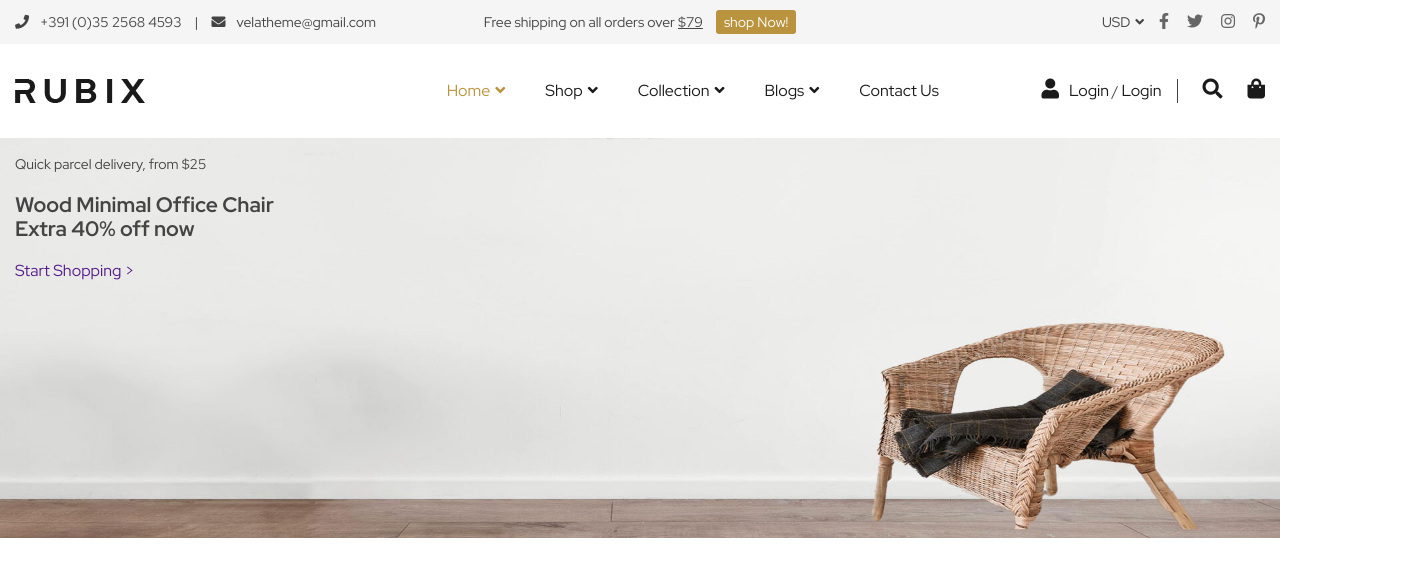
Repository: ldminh95/Gin-velademo
Page: index.html
The author's editor kept a copy of each file at every save. The page is drawn from the files as they stood at one save, then again after the next save.
The browser window is 1280 px wide. The page is 1410 px wide, so the pictures cover 1410 px, including what lies to the right of the window. The pictures show the whole page.
The style sheet was rebuilt from its Sass, Less or Tailwind sources for each picture, by a compiler version that may differ from the author's.

Above is the page before, as saved 2023-05-28 11:06:59.

### index.html
<!DOCTYPE html>
<html lang="en">
<head>
    <meta charset="UTF-8">
    <meta http-equiv="X-UA-Compatible" content="IE=edge">
    <meta name="viewport" content="width=device-width, initial-scale=1.0">
    <title>velademo-rubix</title>
    <link rel="stylesheet" href="https://cdnjs.cloudflare.com/ajax/libs/font-awesome/5.15.4/css/all.min.css">
    <link rel="stylesheet" type="text/css" href="/css/style.css">
</head>
<body>
    <div class="Overview">
        <div class="headerTop box_flex">
            <div class="headerTop_box-Left col-m3 pd15">
                <i class="fas fa-phone"></i>
                +391 (0)35 2568 4593
                <span class="mr10">|</span>
                <i class="fas fa-envelope"></i>
                velatheme@gmail.com
            </div>
            <div class="headerTop_box-Center col-m3 pd15">
                Free shipping on all orders over <u>$79</u>
                <a href="#" class="bg_primary">shop Now!</a>
            </div>
            <div class="headerTop_box-Right col-m3 box_flex pd15">
                <div class="gin-currency">
                    <div class="gin-currency-title">USD<i class="fas fa-angle-down"></i></div>
                    <div class="gin-currency-dropdown">
                        <div class="currency-item active">USD</div>
                        <div class="currency-item">INR</div>
                        <div class="currency-item">GBP</div>
                        <div class="currency-item">CAD</div>
                        <div class="currency-item">AUD</div>
                        <div class="currency-item">EUR</div>
                        <div class="currency-item">JPY</div>
                    </div>
                </div>
                <div class="gin-link">
                    <a href="#" target="_blank"><i class="fab fa-facebook-f"></i></a>
                    <a href="#" target="_blank"><i class="fab fa-twitter"></i></a>
                    <a href="#" target="_blank"><i class="fab fa-instagram"></i></a>
                    <a href="#" target="_blank"><i class="fab fa-pinterest-p"></i></a>
                </div>
            </div>
        </div>
        <header class="headerMenu">
            <section class="box_flex">
                <div class="header_Left col-m3 pd15">
                    <img src="./images/logo.png" alt="">
                </div>
                <div class="header_Center col-m3 pd15">
                    <div class="gin_menu">
                        <ul class="box_flex">
                            <li class="active">
                                <a href="">Home<i class="fas fa-angle-down"></i></a>
                                <ul class="gin_menu-second">
                                    <li><a href="">Home01</a></li>
                                    <li><a href="">Home02</a></li>
                                    <li><a href="">Home03</a></li>
                                    <li><a href="">Home04</a></li>
                                    <li><a href="">Home05</a></li>
                                    <li><a href="">Home06</a></li>
                                </ul>
                            </li>
                            <li>
                                <a href="">Shop<i class="fas fa-angle-down"></i></a>
                                <ul class="gin_menu-second">
                                    <li><a href="">Home01</a></li>
                                    <li><a href="">Home02</a></li>
                                    <li><a href="">Home03</a></li>
                                    <li><a href="">Home04</a></li>
                                    <li><a href="">Home05</a></li>
                                    <li><a href="">Home06</a></li>
                                </ul>
                            </li>
                            <li>
                                <a href="">Collection<i class="fas fa-angle-down"></i></a>
                                <ul class="gin_menu-second">
                                    <li><a href="">Home01</a></li>
                                    <li><a href="">Home02</a></li>
                                    <li><a href="">Home03</a></li>
                                    <li><a href="">Home04</a></li>
                                    <li><a href="">Home05</a></li>
                                    <li><a href="">Home06</a></li>
                                </ul>
                            </li>
                            <li>
                                <a href="">Blogs<i class="fas fa-angle-down"></i></a>
                                <ul class="gin_menu-second">
                                    <li><a href="">Home01</a></li>
                                    <li><a href="">Home02</a></li>
                                    <li><a href="">Home03</a></li>
                                    <li><a href="">Home04</a></li>
                                    <li><a href="">Home05</a></li>
                                    <li><a href="">Home06</a></li>
                                </ul>
                            </li>
                            <li>
                                <a href="">Contact Us</a>
                                <ul class="gin_menu-second">
                                    <li><a href="">Home01</a></li>
                                    <li><a href="">Home02</a></li>
                                    <li><a href="">Home03</a></li>
                                    <li><a href="">Home04</a></li>
                                    <li><a href="">Home05</a></li>
                                    <li><a href="">Home06</a></li>
                                </ul>
                            </li>
                        </ul>
                    </div>
                </div>
                <div class="header_Right col-m3 pd15 box_flex">
                    <div class="header_Right-account box_flex">
                        <a href=""><i class="fas fa-user"></i></a>
                        <ul>
                            <li><a href="">Login</a></li>
                            <span>/</span>
                            <li><a href="">Login</a></li>
                        </ul>
                    </div>
                    <div class="header_Right-search">
                        <a href=""><i class="fas fa-search"></i></a>
                    </div>
                    <div class="header_Right-cart">
                        <a href=""><i class="fas fa-shopping-bag"></i></a>
                    </div>
                </div>
            </section>
        </header>
        <div class="MainContent">
            <div class="gin_slideshow">
                <div class="slide_item">
                    <div class="slide_item-bg">
                        <img src="./images/index_bg01.jpg" alt="ghế tại ginshop">
                        <div class="wrapper">
                            <div class="slide_item-content">
                                <p>Quick parcel delivery, <span>from $25</span></p>
                                <h2>Wood Minimal Office Chair<br>Extra 40% off now</h2>
                                <a href="">Start Shopping ></a>
                            </div>
                        </div>
                    </div>
                </div>
            </div>
        </div>
    </div>
</body>
</html>

### css/googleFont.css
@import url('https://fonts.googleapis.com/css2?family=Red+Hat+Display:ital,wght@0,300;0,400;0,500;0,600;0,700;0,800;0,900;1,300;1,400;1,500;1,600;1,700;1,800;1,900&display=swap');


:root {
    --f-red-hat: 'Red Hat Display', sans-serif;
}

### css/base.css
:root {
    --gin-font: 14px;
    --color-primary: #ba933e;
    --body-bg: #fff;
    --text-color-primary: #444444;
    --text-color-second: #1a1a1a;
    --text-color-banner: #666666;
    --topbar-bg-color: #f5f5f5;
    --font-icon: 'FontAwesome';
}
body {
    box-sizing: border-box;
    font-family: var(--f-red-hat);
    font-size: var(--gin-font);
    padding: 0;
    margin: 0;
    font-weight: 400;
    line-height: 24px;
    color: var(--text-color-primary);
}
a {
    font-size: calc(var(--gin-font) + 2px);
    text-decoration: none;
}
li {
    list-style-type: none;
}
ul {
    padding: 0;
    margin: 0;
}
img {
    max-width: 100%;
    display: block;
}
.box_flex {
    display: -webkit-flex;
    display: flex;
    align-items: center;
}

.col-m3 {
    width: 33.3333%;
}

/* ================================ */
/* Gin core */
/* ================================ */


/* margin */
.mr10 {
    margin: 0 10px;
}
.pd15 {
    padding: 0 15px;
}

### scss/style.scss
@import "googleFont.css";
@import "base.css";

.Overview {
    margin: 0 auto;
}

.headerTop {
    width: 100%;
    background: var(--topbar-bg-color);
    padding: 10px 0;
    &_box {
        &-Left {
            .fas {
                margin-right: 8px;
            }
        }
        &-Center {
            text-align: center;
            .bg_primary {
                background-color: var(--color-primary);
                color: #fff;
                padding: 0 8px;
                border-radius: 3px;
                margin-left: 10px;
                font-size: var(--gin-font);
                display: inline-block;
                &:hover {
                    background: #947531;
                }
            }
        }
        &-Right {
            justify-content: flex-end;
            .gin {
                &-currency {
                    position: relative;
                    cursor: pointer;
                    &-dropdown {
                        position: absolute;
                        display: none;
                        .currency-item {
                            padding: 5px 0;
                            &.active {
                                color: var(--color-primary);
                            }
                            &:hover {
                                color: var(--color-primary);
                                cursor: pointer;
                            }
                        }
                    }
                    i {
                        margin-left: 5px;
                    }
                    &:hover {
                        .gin-currency-dropdown {
                            display: block;
                            border: 1px solid rgba(0,0,0,0.15);
                            border-radius: 3px;
                            background-color: #fff;
                            padding: 5px 20px;
                            top: 100%;
                            font-size: calc(var(--gin-font) + 2px);
                            right: 0;
                            box-shadow: 0 6px 12px #0000002d;
                        }
                    }
                }
                &-link {
                    a {
                        margin-left: 15px;
                        color: var(--text-color-banner);
                        &:hover {
                            color: var(--color-primary);
                        }
                    }
                }
            }
        }
    }
}

.headerMenu {
    padding: 20px 0;
    .header {
        &_Center {
            li {
                position: relative;
                a {
                    padding: 15px 20px;
                    display: inline-block;
                    width: max-content;
                    color: var(--text-color-second);
                    i {
                        margin-left: 5px;
                    }
                }
                &.active {
                    >a {
                        color: var(--color-primary);
                    }
                }
                ul {
                    position: absolute;
                    min-width: 220px;
                    padding: 15px 25px;
                    display: block;
                    box-shadow: 0 6px 15px #0000001f;
                    z-index: 99;
                    text-align: left;
                    visibility: hidden;
                    margin-top: 50px;
                    transition: all .3s cubic-bezier(0.175, 0.885, 0.32, 1.275);
                    a {
                        padding: 3px 0;
                        font-size: var(--gin-font);
                    }
                }
                &:hover {
                    ul {
                        visibility: visible;
                        margin-top: 0;
                        li {
                            &:hover {
                                a {
                                    color: var(--color-primary);
                                }
                            }
                        }
                    }
                }
            }
        }
        &_Right {
            justify-content: flex-end;
            &-account {
                padding-right: 15px;
                border-right: 1px solid var(--text-color-primary);
            }
            &-search {
                margin-left: 25px;
            }
            &-cart {
                margin-left: 25px;
            }
            i {
                font-size: calc(var(--gin-font) + 6px);
            }
            a {
                color: var(--text-color-second);
                &:hover {
                    color: var(--color-primary);
                }
            }
            li {
                display: inline-block;
            }
            ul {
                margin-left: 10px;
            }
        }
    }
}

.MainContent {
    .slide {
        &_item {
            position: relative;
            .wrapper {
               width: 1410px;
               position: absolute;
               margin: 0 auto;
               top: 0;
               left: 0;
               right: 0;
               bottom: 0;
               height: 100%;
               display: table;
               .slide_item-content {
                    padding: 0 15px;
               }
            }
        }
    }
}

After the next save:
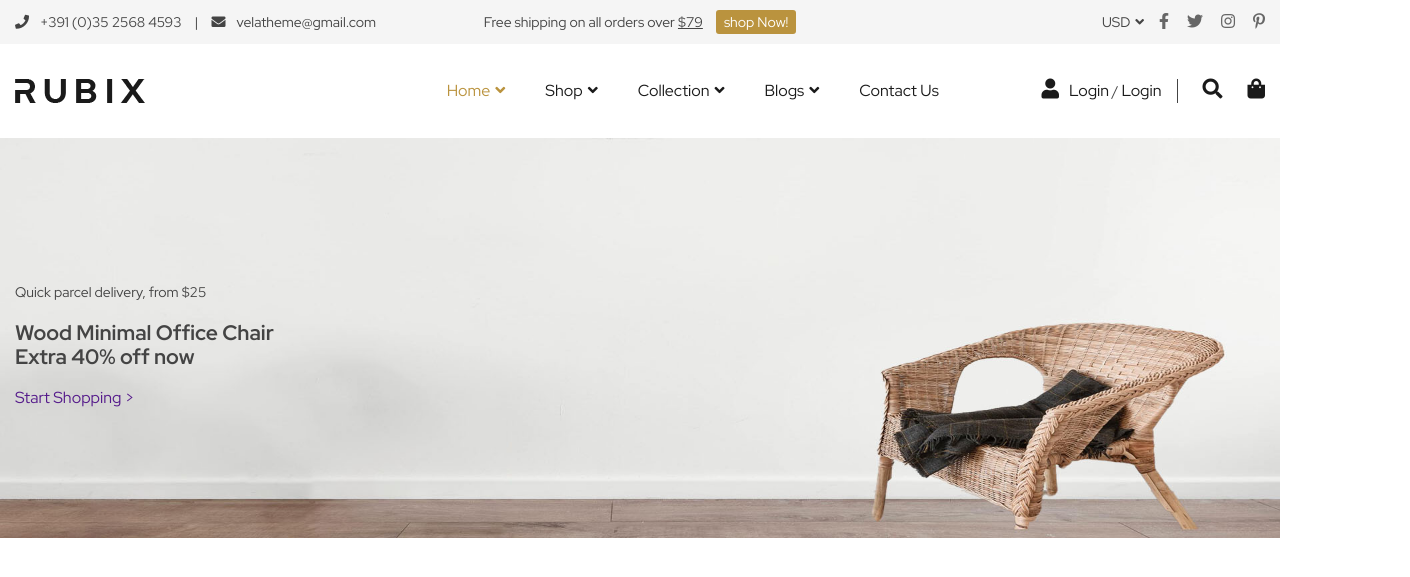
Saved 7 s later.
--- a/scss/style.scss
+++ b/scss/style.scss
@@ -179,6 +179,8 @@
                display: table;
                .slide_item-content {
                     padding: 0 15px;
+                    display: table-cell;
+                    vertical-align: middle;
                }
             }
         }
